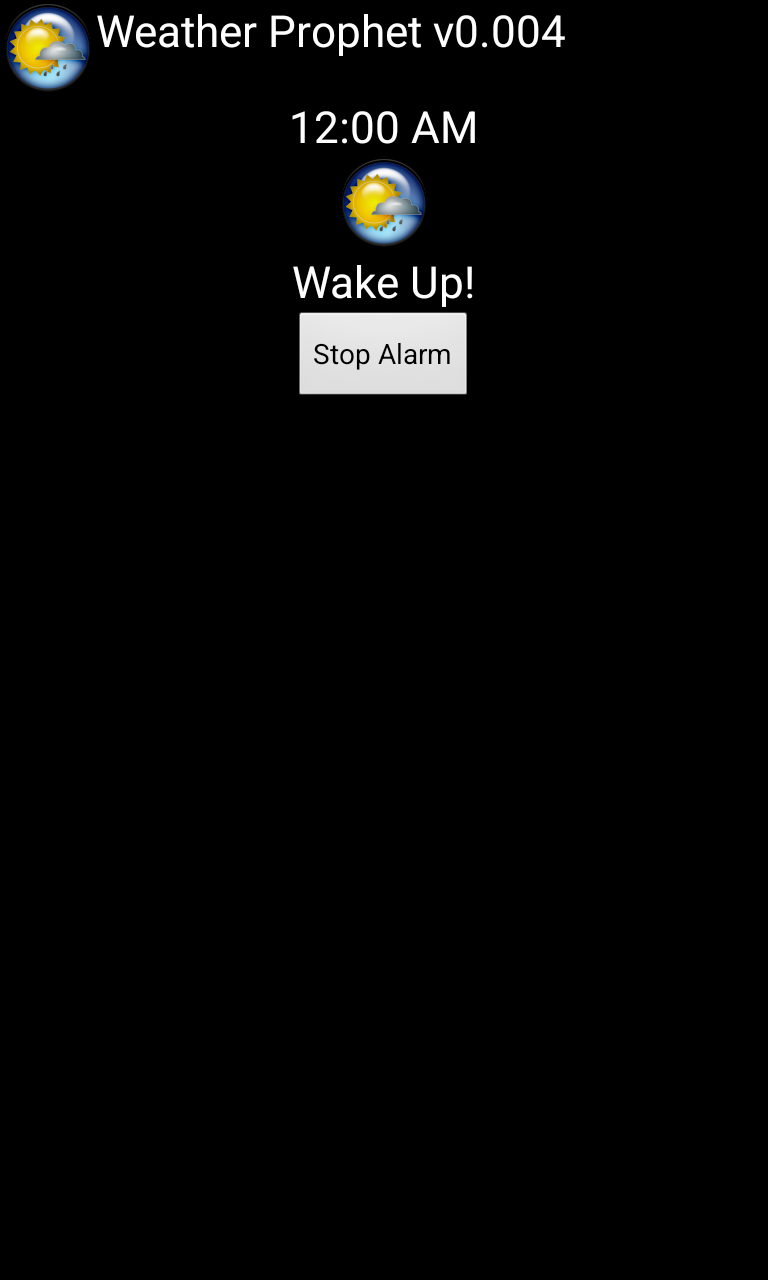
Repository: kaleidos/Weather-Prophet
Layout: android/WeatherProphet/res/layout/showalarm.xml
These files come from the project's save history. The layout is drawn as it stood at one moment and after the next save; the edit follows.
It is drawn on a 768 x 1280 px phone screen (xhdpi) without system bars, with theme android:Theme; the app's code is not run.

Above is the layout before, as saved 2011-12-15 16:57:05.

After the next save:
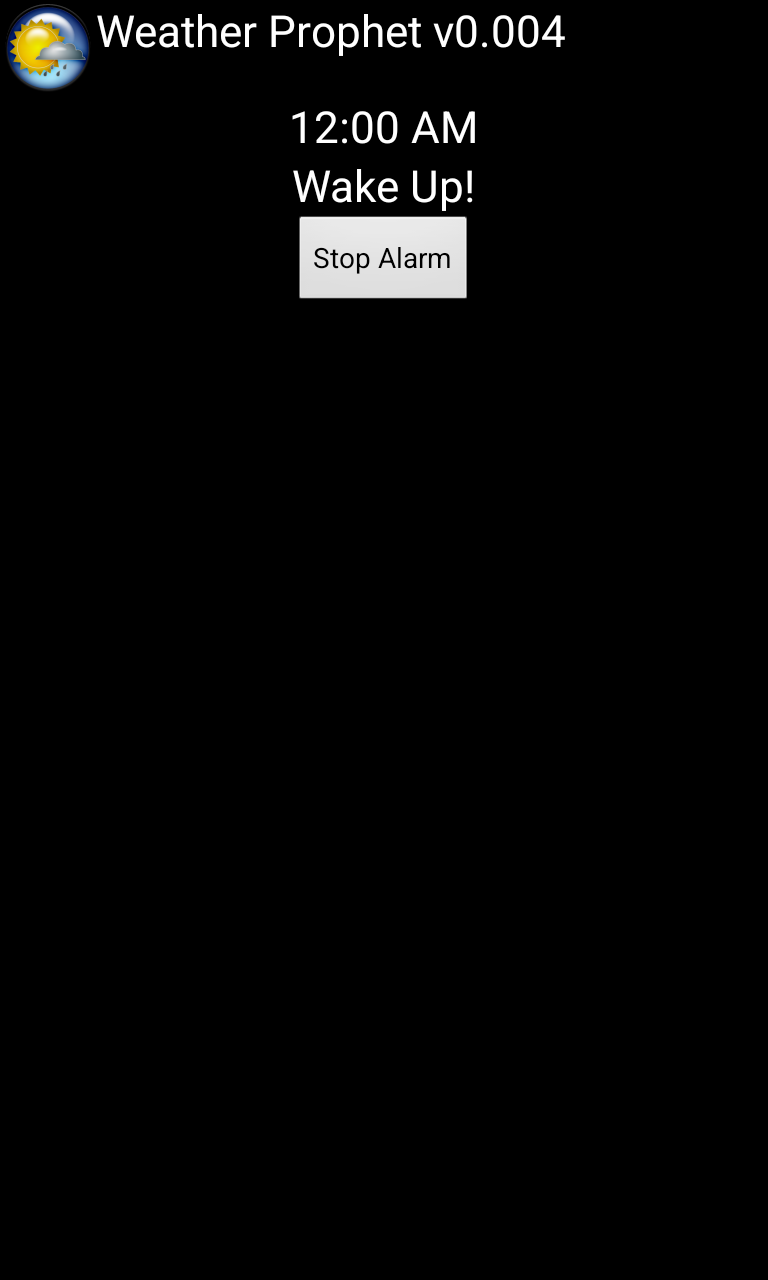
Saved 9 s later.
--- a/android/WeatherProphet/res/layout/showalarm.xml
+++ b/android/WeatherProphet/res/layout/showalarm.xml
@@ -31,11 +31,7 @@
         android:text="DigitalClock"
         android:textAppearance="?android:attr/textAppearanceLarge"/>
 
-    <ImageView
-        android:id="@+id/imageView1"
-        android:layout_width="wrap_content"
-        android:layout_height="wrap_content"
-        android:src="@drawable/ic_weather_prophet" />
+
 
     <TextView
         android:id="@+id/textView1"
